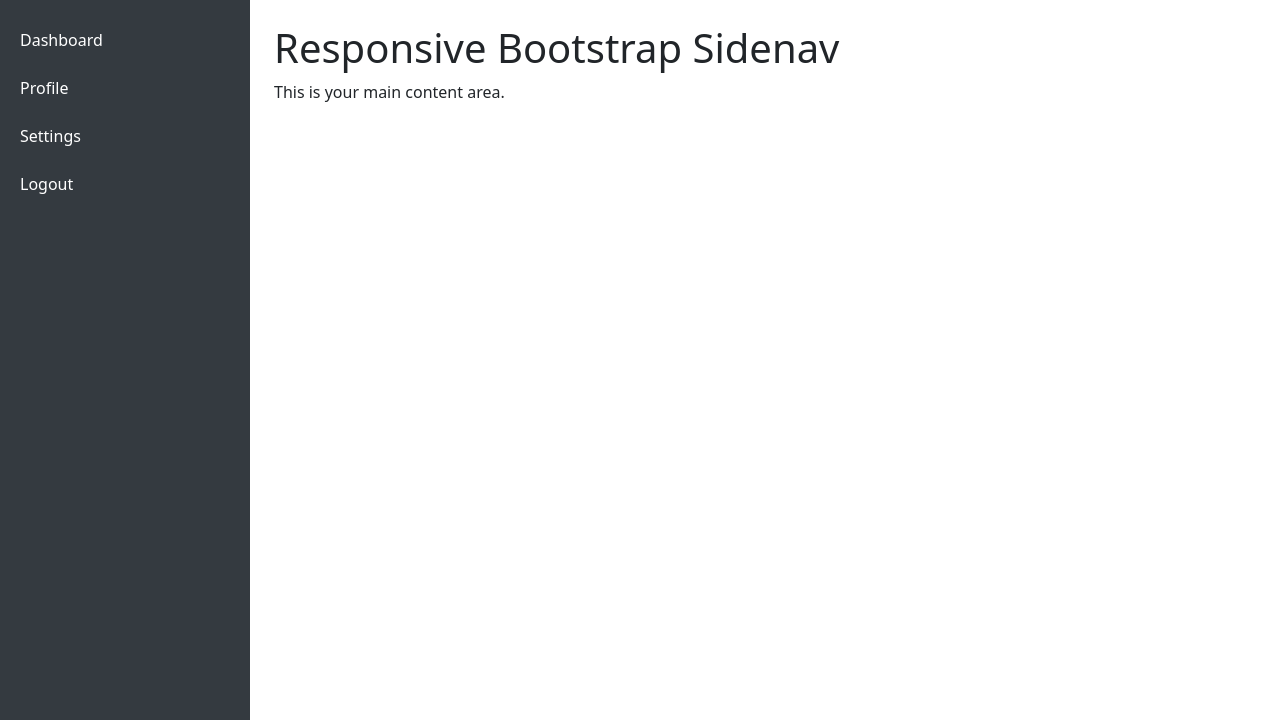
Repository: Darkrepo23/Ecommerce-Manalastas-project
Page: profile-settings.html
These files come from the project's save history. The page is drawn as it stood at one moment and after the next save; the edit follows.
The browser window is 1280 px wide. The pictures show the whole page.

Above is the page before, as saved 2026-01-06 06:52:06.

### profile-settings.html
<!DOCTYPE html>
<html lang="en">
<head>
  <meta charset="UTF-8">
  <meta name="viewport" content="width=device-width, initial-scale=1">
  <title>Responsive Sidenav</title>

  <!-- Bootstrap CSS -->
  <link href="https://cdn.jsdelivr.net/npm/bootstrap@5.3.3/dist/css/bootstrap.min.css" rel="stylesheet">

  <style>
    /* Sidebar for desktop */
    @media (min-width: 992px) {
      .sidebar {
        width: 250px;
        height: 100vh;
        position: fixed;
        top: 0;
        left: 0;
        background: #343a40;
        padding-top: 1rem;
      }

      .content {
        margin-left: 250px;
      }
    }

    .sidebar a {
      color: #fff;
      padding: 12px 20px;
      display: block;
      text-decoration: none;
    }

    .sidebar a:hover {
      background: #495057;
    }
  </style>
</head>
<body>

<!-- Mobile toggle button -->
<nav class="navbar navbar-dark bg-dark d-lg-none">
  <div class="container-fluid">
    <button class="navbar-toggler" type="button" data-bs-toggle="offcanvas" data-bs-target="#mobileMenu">
      <span class="navbar-toggler-icon"></span>
    </button>
  </div>
</nav>

<!-- Mobile Offcanvas -->
<div class="offcanvas offcanvas-start bg-dark text-white" id="mobileMenu">
  <div class="offcanvas-header">
    <h5 class="offcanvas-title">Menu</h5>
    <button type="button" class="btn-close btn-close-white" data-bs-dismiss="offcanvas"></button>
  </div>
  <div class="offcanvas-body">
    <a href="#">Dashboard</a>
    <a href="#">Profile</a>
    <a href="#">Settings</a>
    <a href="#">Logout</a>
  </div>
</div>

<!-- Desktop Sidebar -->
<div class="sidebar d-none d-lg-block">
  <a href="#">Dashboard</a>
  <a href="#">Profile</a>
  <a href="#">Settings</a>
  <a href="#">Logout</a>
</div>

<!-- MAIN CONTENT -->
<div class="content p-4">
  <h1>Responsive Bootstrap Sidenav</h1>
  <p>This is your main content area.</p>
</div>

<!-- Bootstrap JS -->
<script src="https://cdn.jsdelivr.net/npm/bootstrap@5.3.3/dist/js/bootstrap.bundle.min.js"></script>
</body>
</html>

After the next save:
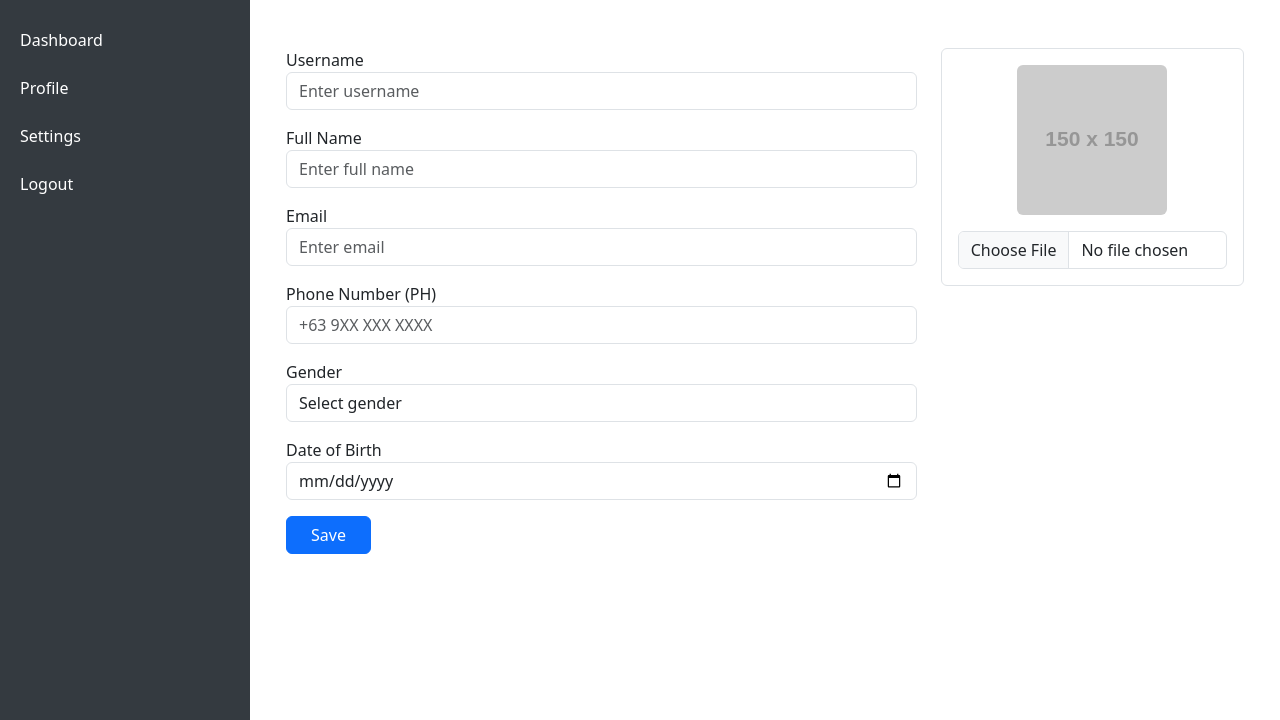
Saved 10 min 46 s later.
--- a/profile-settings.html
+++ b/profile-settings.html
@@ -73,8 +73,84 @@
 
 <!-- MAIN CONTENT -->
 <div class="content p-4">
-  <h1>Responsive Bootstrap Sidenav</h1>
-  <p>This is your main content area.</p>
+  <div class="container mt-4">
+    <div class="row">
+
+        <!-- LEFT SIDE FORM -->
+        <div class="col-md-8">
+            <form>
+
+                <!-- Username -->
+                <div class="form-group mb-3">
+                    <label>Username</label>
+                    <input type="text" class="form-control" placeholder="Enter username">
+                </div>
+
+                <!-- Full Name -->
+                <div class="form-group mb-3">
+                    <label>Full Name</label>
+                    <input type="text" class="form-control" placeholder="Enter full name">
+                </div>
+
+                <!-- Email -->
+                <div class="form-group mb-3">
+                    <label>Email</label>
+                    <input type="email" class="form-control" placeholder="Enter email">
+                </div>
+
+                <!-- Phone Number (PH) -->
+                <div class="form-group mb-3">
+                    <label>Phone Number (PH)</label>
+                    <input type="tel" class="form-control" placeholder="+63 9XX XXX XXXX">
+                </div>
+
+                <!-- Gender -->
+                <div class="form-group mb-3">
+                    <label>Gender</label>
+                    <select class="form-control">
+                        <option value="" disabled selected>Select gender</option>
+                        <option>Male</option>
+                        <option>Female</option>
+                        <option>Prefer not to say</option>
+                    </select>
+                </div>
+
+                <!-- Date of Birth -->
+                <div class="form-group mb-3">
+                    <label>Date of Birth</label>
+                    <input type="date" class="form-control">
+                </div>
+
+                <!-- Save Button -->
+                <button type="button" class="btn btn-primary px-4">Save</button>
+
+            </form>
+        </div>
+
+        <!-- RIGHT SIDE IMAGE UPLOAD -->
+        <div class="col-md-4 text-center">
+            <div class="border p-3 rounded">
+                <img id="previewImage" src="https://via.placeholder.com/150"
+                     class="img-fluid rounded mb-3" alt="Profile Image">
+
+                <input type="file" class="form-control" accept="image/*" onchange="previewImg(event)">
+            </div>
+        </div>
+
+    </div>
+</div>
+
+<!-- IMAGE PREVIEW SCRIPT -->
+<script>
+function previewImg(event) {
+    const reader = new FileReader();
+    reader.onload = function() {
+        document.getElementById('previewImage').src = reader.result;
+    }
+    reader.readAsDataURL(event.target.files[0]);
+}
+</script>
+
 </div>
 
 <!-- Bootstrap JS -->
